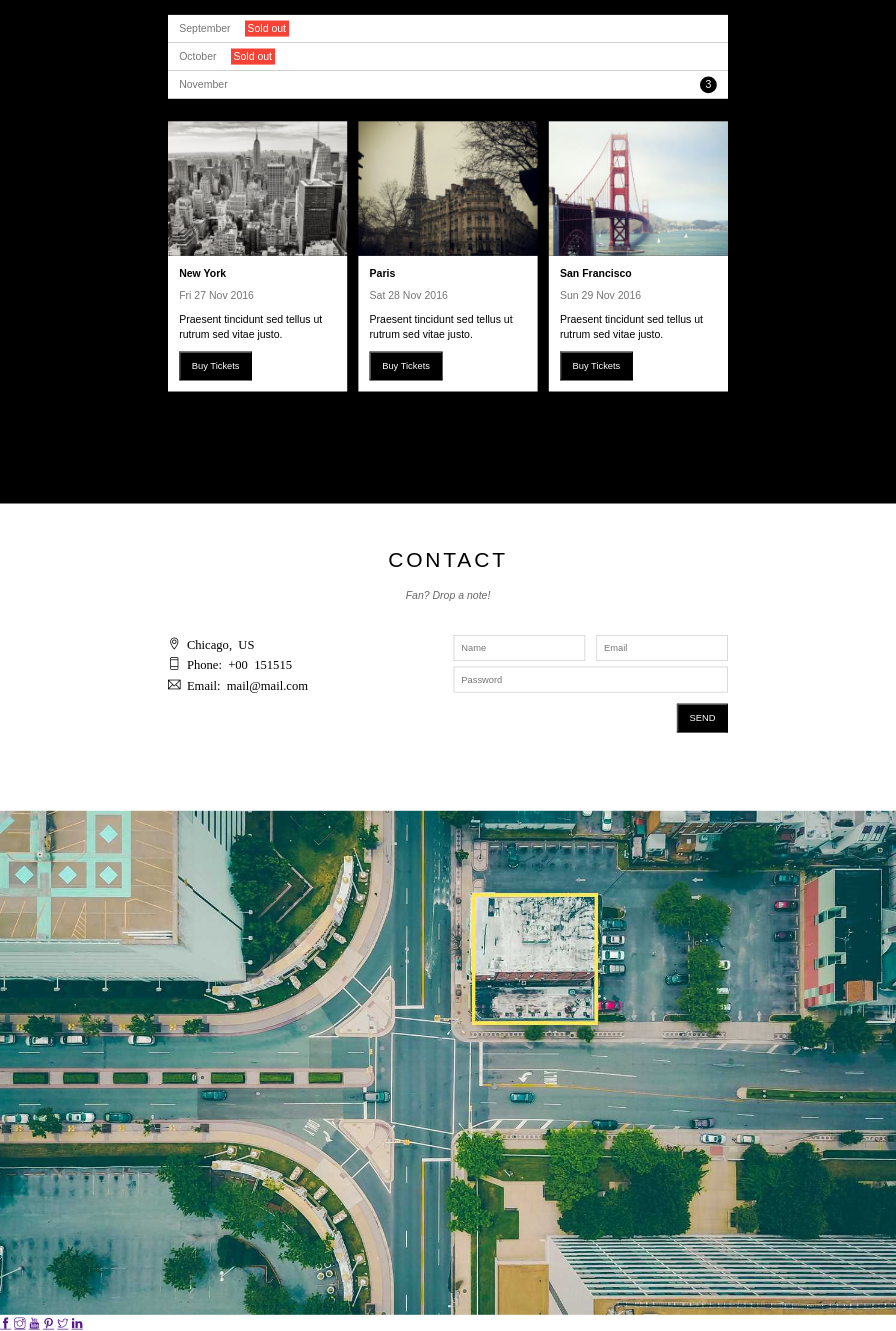
Repository: duyhung0311/band_music
Page: index.html
An editor plug-in stored every save of this project. The page is shown before and after the next save, followed by the edit.
The browser window is 1280 px wide. The pictures show the part of the page from y = 1485 to 3405 px (the page is 3387 px tall before and 3405 px after), at 70% of full size.

Above is the page before, as saved 2021-08-15 13:47:55.

After the next save:
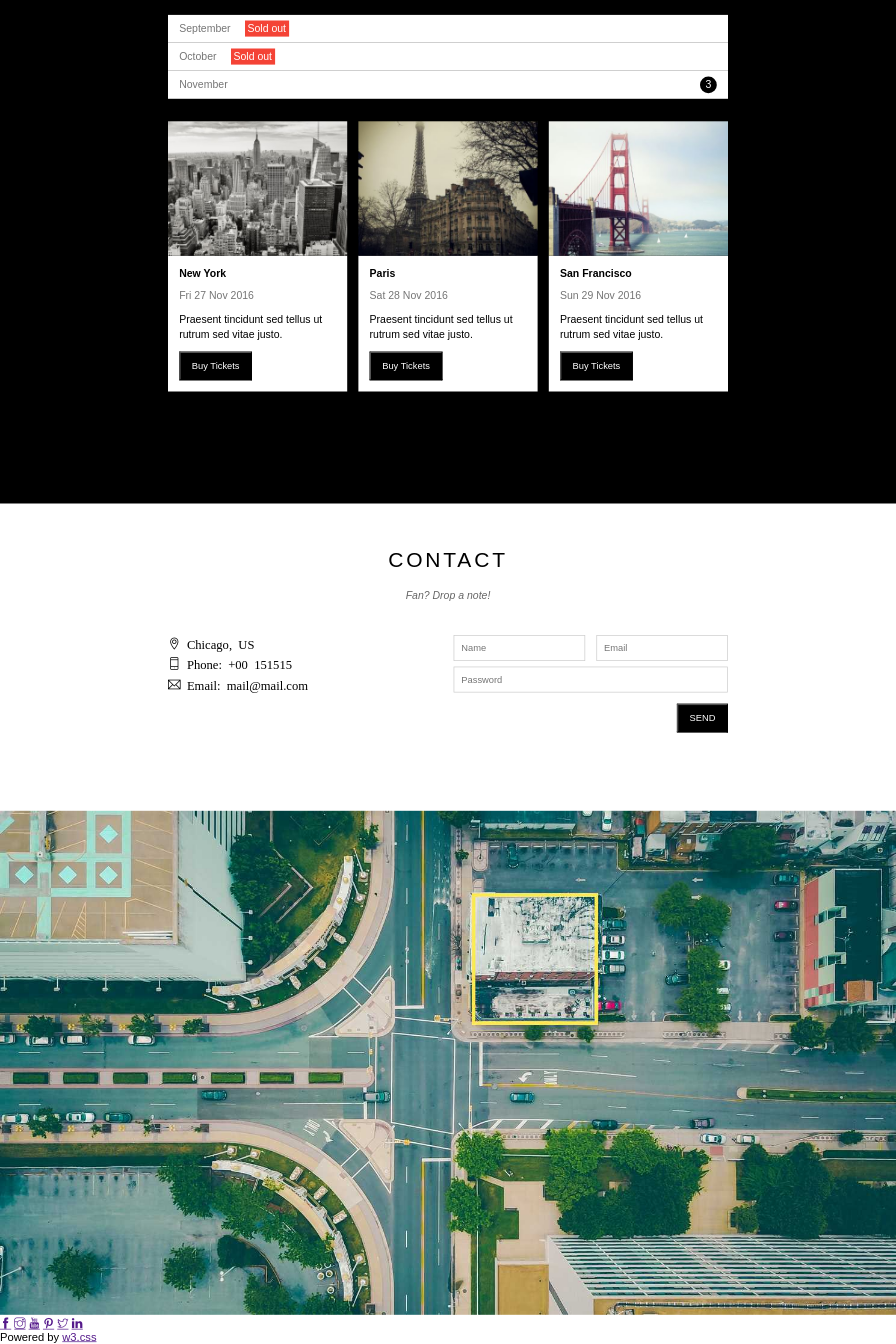
Saved 41 s later.
--- a/index.html
+++ b/index.html
@@ -242,6 +242,10 @@
           <a href=""><i class="ti-twitter"></i></a>
           <a href=""><i class="ti-linkedin"></i></a>
         </div>
+        <p class="copy-right">
+          Powered by
+          <a href="">w3.css</a>
+        </p>
       </div>
     </div>
     <div class="modal js-modal">
